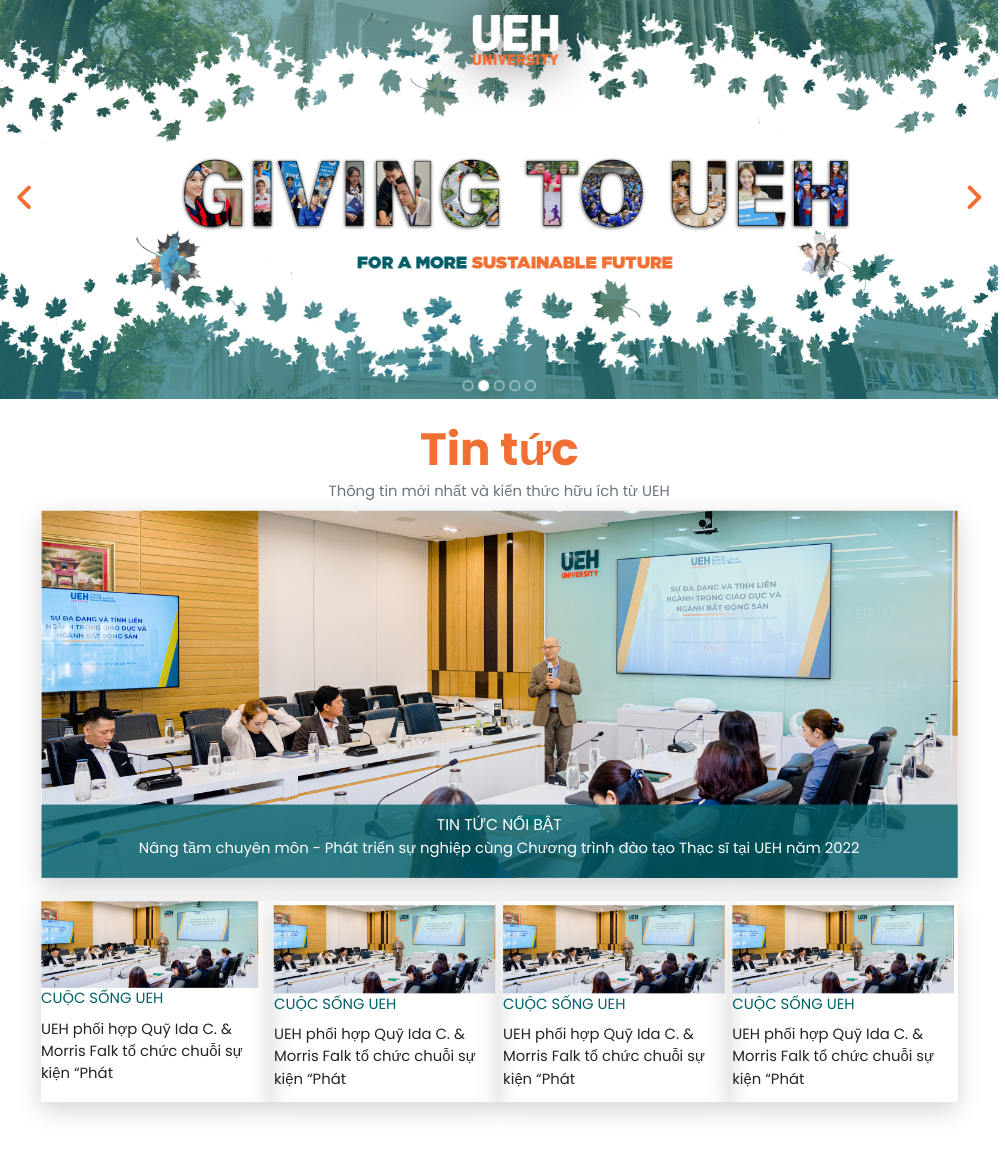
Repository: Jackietruong2805/frontends
Page: html css/ueh/index.html
These files come from the project's save history. The page is drawn as it stood at one moment and after the next save; the edit follows.
The browser window is 1280 px wide. The page is 1288 px wide, so the pictures cover 1288 px, including what lies to the right of the window. The pictures show the part of the page from y = 720 to 2222 px (the page is 2193 px tall before and 2222 px after), at 78% of full size.
Some web libraries are served in a nearby version.

Above is the page before, as saved 2022-06-20 09:17:46.

After the next save:
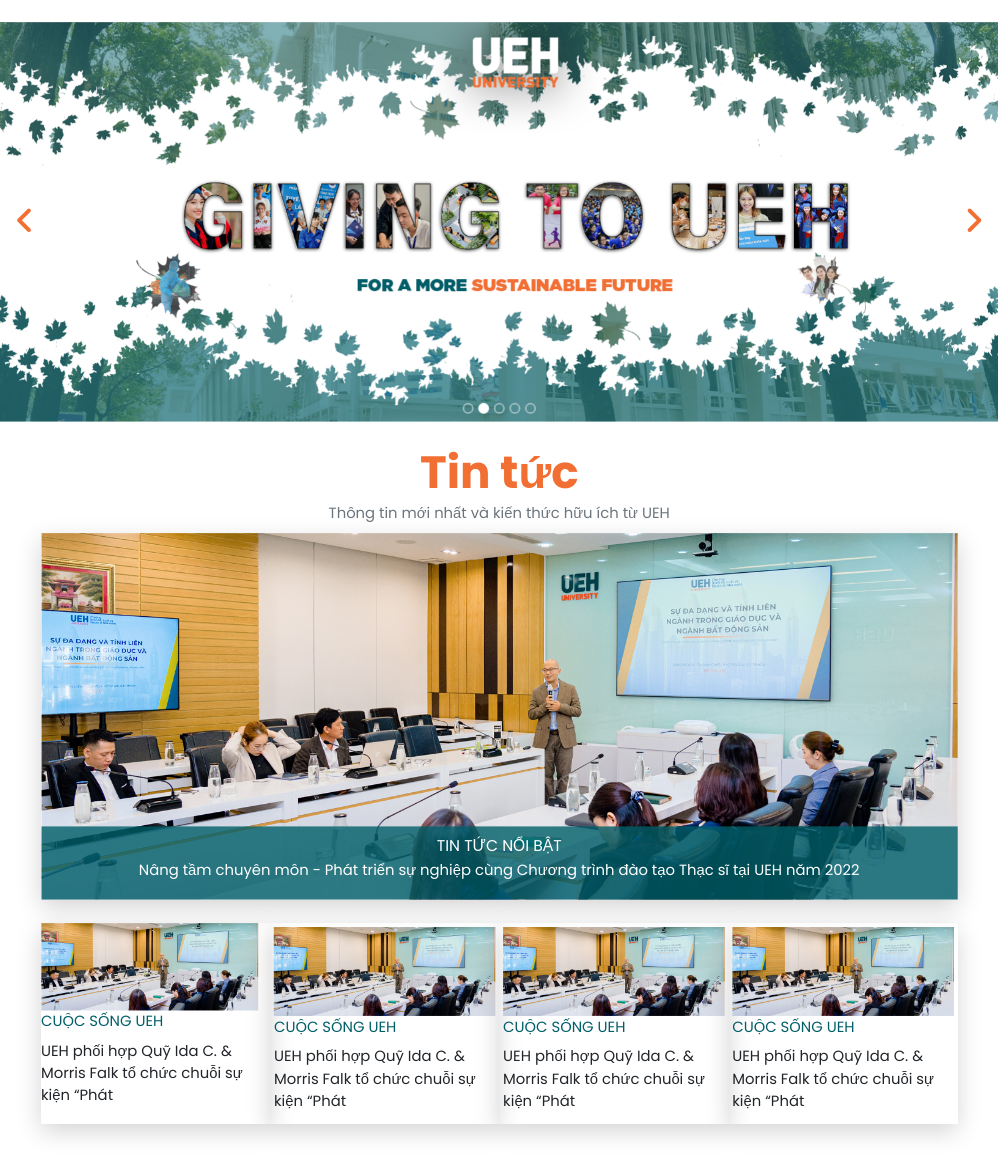
Saved 28 s later.
--- a/html css/ueh/index.html
+++ b/html css/ueh/index.html
@@ -91,7 +91,7 @@
         <div class="video-ueh"></div>
       </div>
     </header>
-
+    <div class="placeholder"></div>
     <!-- CAROUSEL -->
 
     <section class="carousel">
